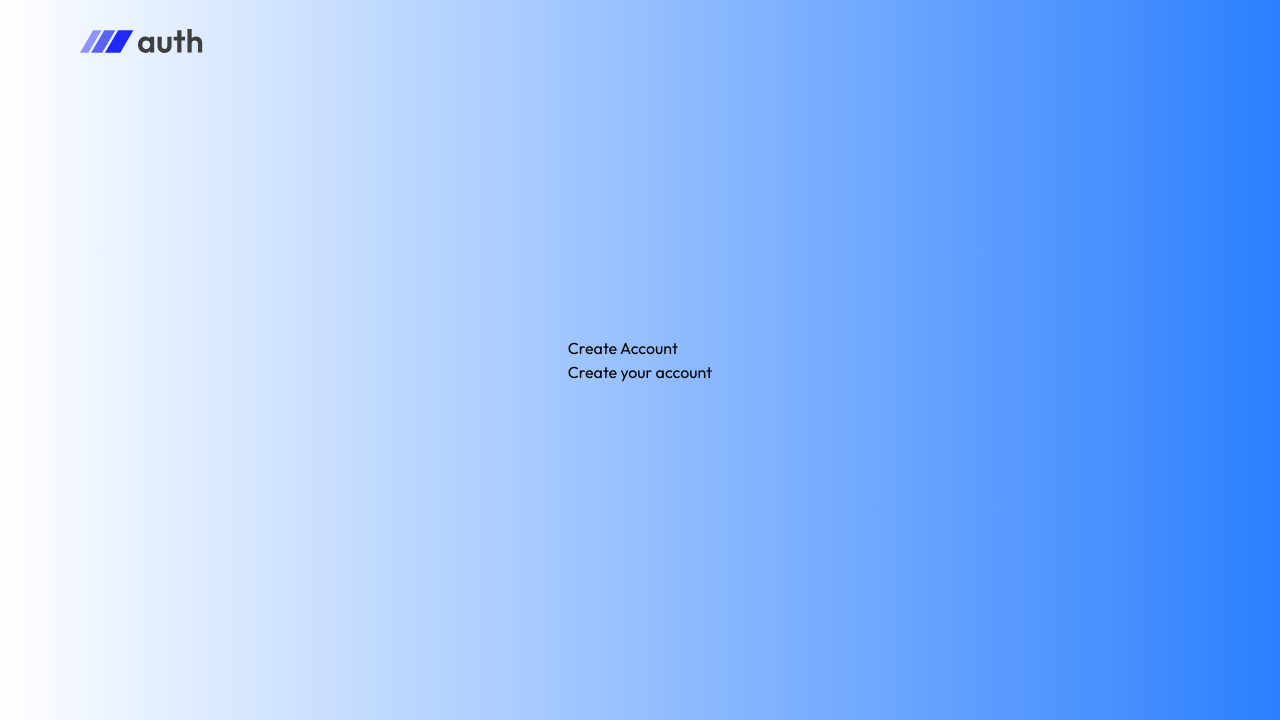
Repository: AuthnSapuarachchi/AuthnticationApplication-MERN-Stack
Page: /login (app in client/)
An editor plug-in stored every save of this project. The page is shown before and after a run of saves, followed by the edit.
The browser window is 1280 px wide. The pictures show the whole page.
The project was rebuilt for these pictures with package versions that can differ from the ones it lists, and the page was loaded fresh each time. Also part of the build but not shown: client/vite.config.js, client/src/components/NavBar.jsx, client/src/components/Header.jsx, client/src/pages/home.jsx, client/src/pages/ResetPassword.jsx, client/src/pages/EmailVerify.jsx.

Above is the page before, as saved 2025-07-31 12:01:09.

After the next 5 saves:
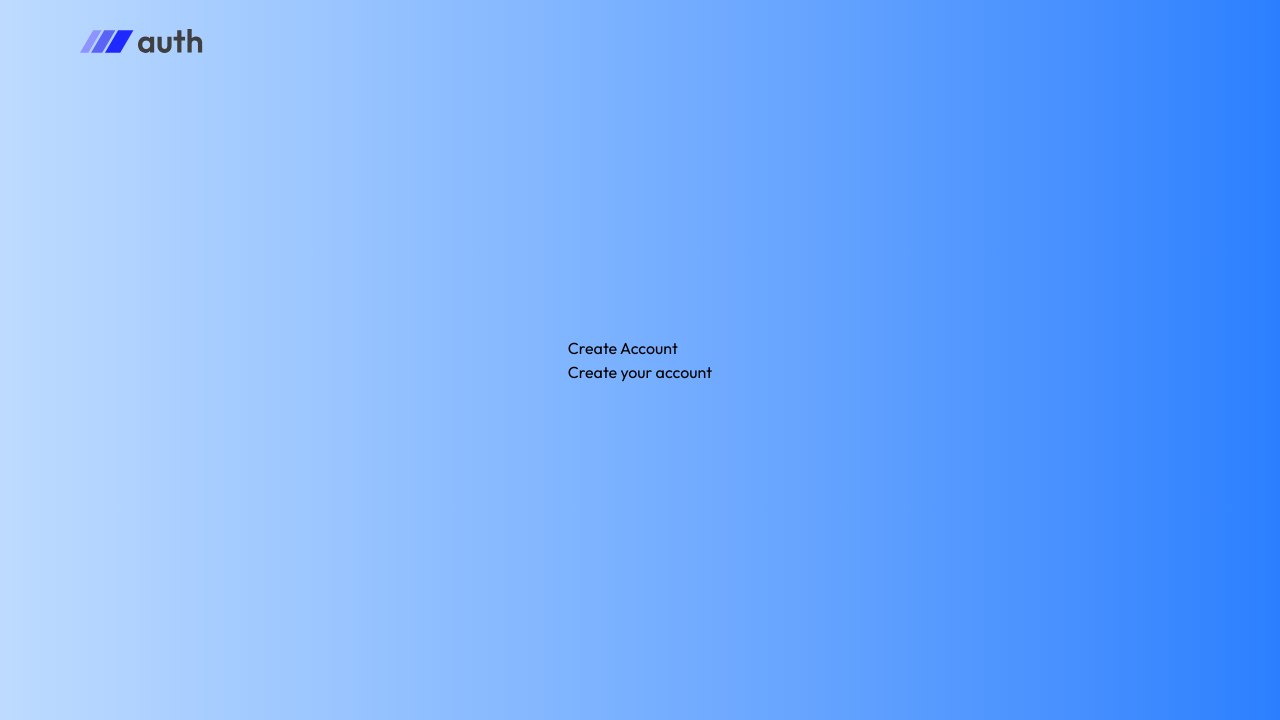
The 5 saves are shown as one change because they came seconds apart.
The last was saved 15 s later.
--- a/client/src/pages/login.jsx
+++ b/client/src/pages/login.jsx
@@ -5,7 +5,7 @@ const Login = () => {
   const [state, setState] = useState('Sign Up');
 
   return (
-    <div className='flex items-center justify-center min-h-screen px-6 sm:px-0 bg-gradient-to-r from-cyan to-blue-500 relative'>
+    <div className='flex items-center justify-center min-h-screen px-6 sm:px-0 bg-gradient-to-r from-blue-200 to-blue-500 relative'>
       <img src={assets.logo} alt="" className='absolute left-5 sm:left-20
       top-5 w-28 sm:w-32 cursor-pointer' />
       <div>
